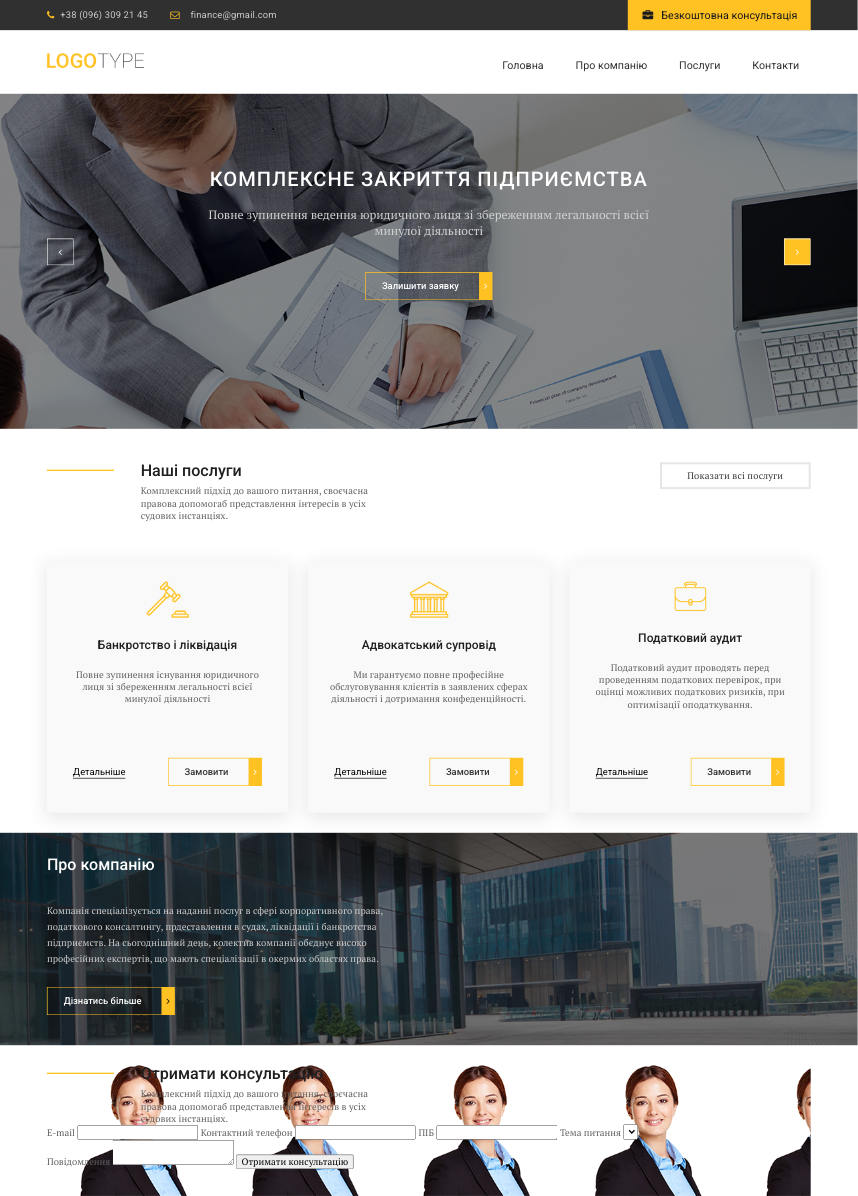
Repository: oliachipko/companysait
Page: index.html
An editor plug-in stored every save of this project. The page is shown before and after the next save, followed by the edit.
The browser window is 1280 px wide. The pictures show the whole page, at 67% of full size.

Above is the page before, as saved 2020-11-20 03:29:59.

After the next save:
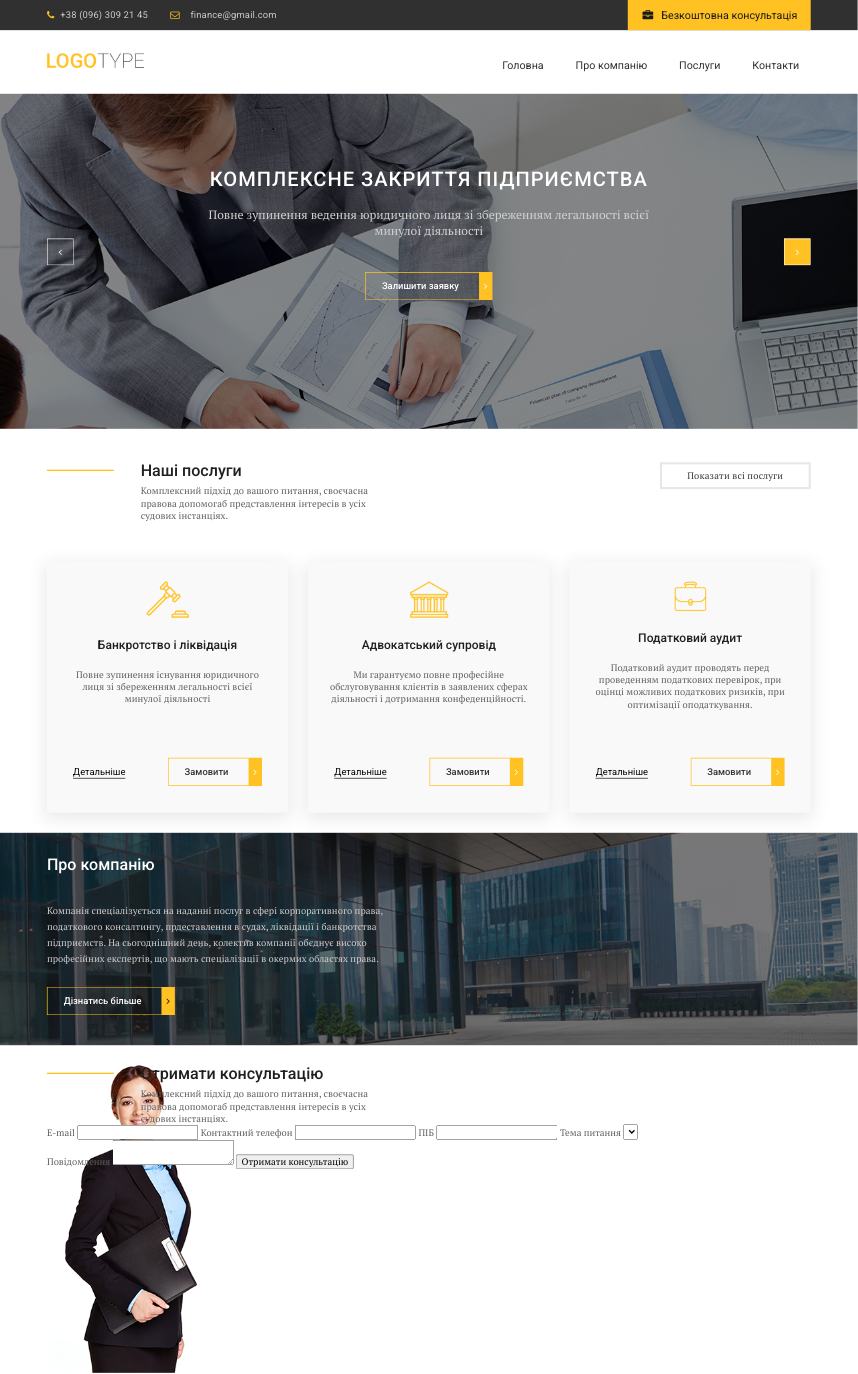
Saved 60 s later.
--- a/css/style.css
+++ b/css/style.css
@@ -328,5 +328,7 @@ header {
 .form__inner {
     padding-bottom: 40px;
     background-image: url(../img/form-fon.png);
-
-}
+    min-height: 460px;
+    background-repeat: no-repeat;
+
+}
